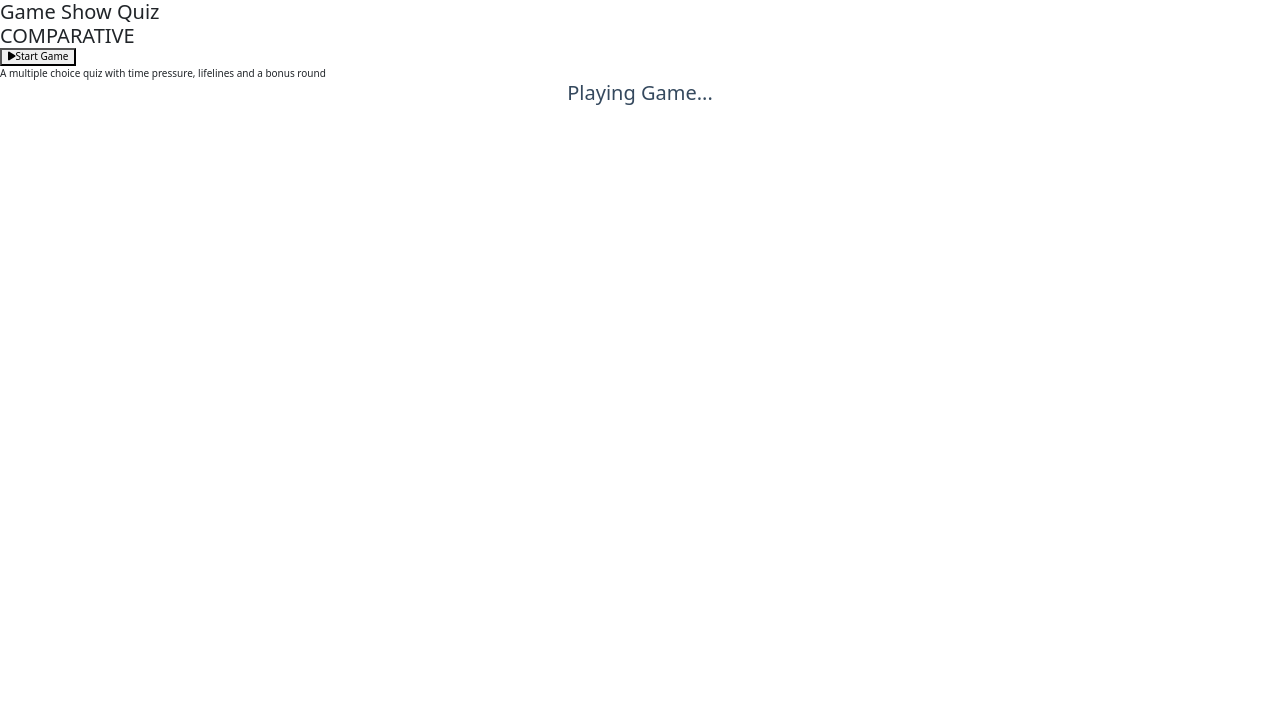
Repository: litaiqiang1407/comparative-gq
Page: /
These files come from the project's save history. The page is drawn as it stood at one moment and after the next save; the edit follows.
The browser window is 1280 px wide. The pictures show the whole page.
The project was rebuilt for these pictures with package versions that can differ from the ones it lists, and the page was loaded fresh each time. Also part of the build but not shown: vue.config.js.

Above is the page before, as saved 2024-06-20 19:24:52.

After the next save:
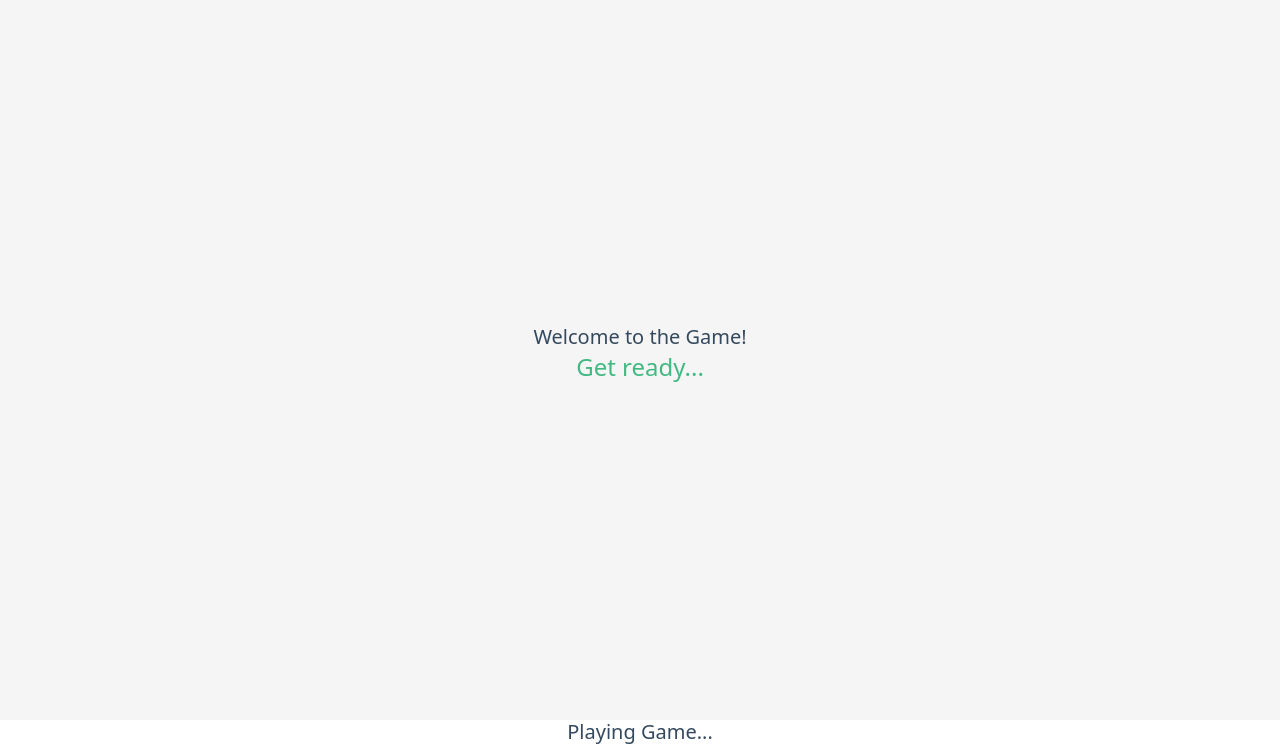
Saved 5 s later.
--- a/src/App.vue
+++ b/src/App.vue
@@ -15,7 +15,7 @@
   name: "App",
   data() {
     return {
-      status: "start",
+      status: "intro",
     };
   },
   components: {

After the save that followed:
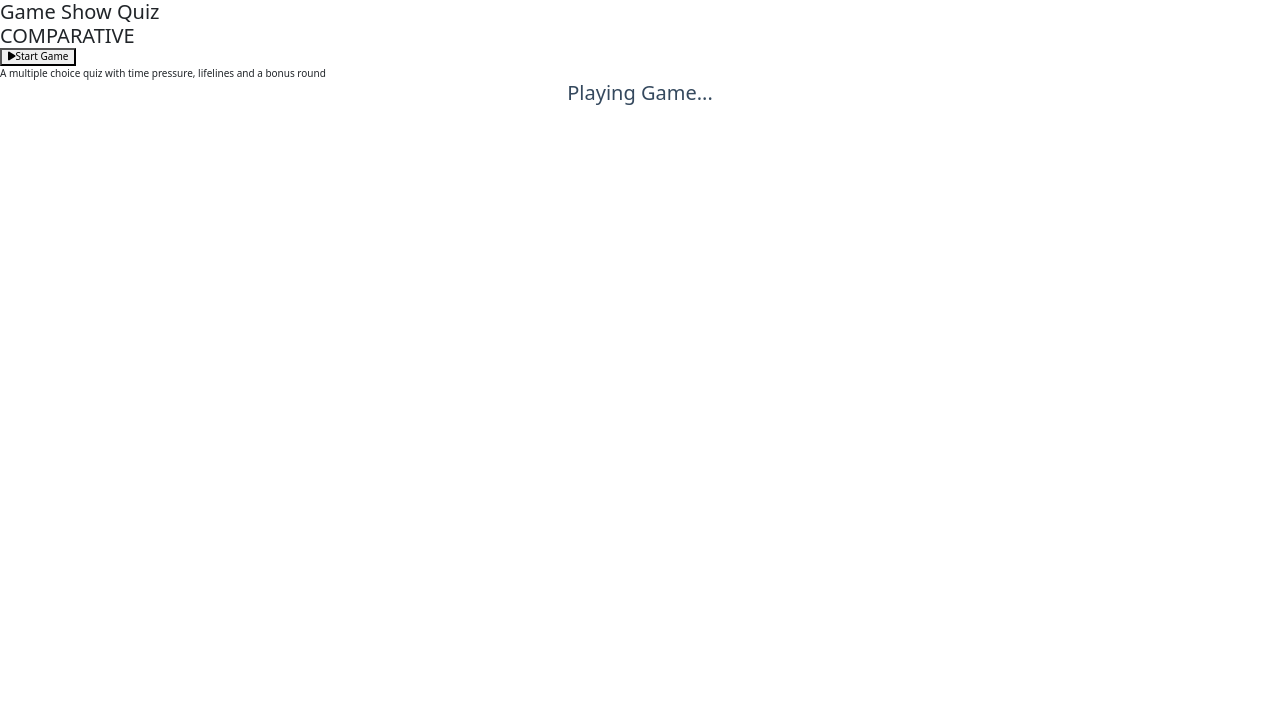
Saved 25 s later.
--- a/src/App.vue
+++ b/src/App.vue
@@ -15,7 +15,7 @@
   name: "App",
   data() {
     return {
-      status: "intro",
+      status: "start",
     };
   },
   components: {
